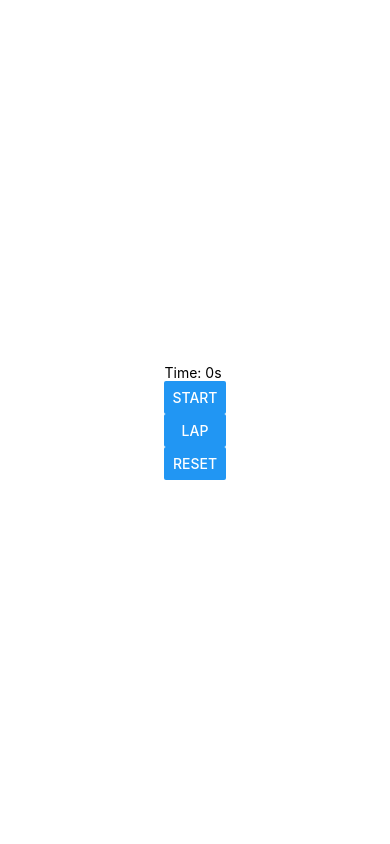
Repository: Shopify/eng-intern-assessment-react-native
Screen: /
An editor plug-in stored every save of this project. The screen is shown before and after a run of saves, followed by the edit.
The app was drawn by React Native's web renderer in a window 390 px wide. The project was rebuilt for these pictures with package versions that can differ from the ones it lists, and the page was loaded fresh each time.

Above is the screen before, as saved 2024-01-13 12:00:10.

After the next 4 saves:
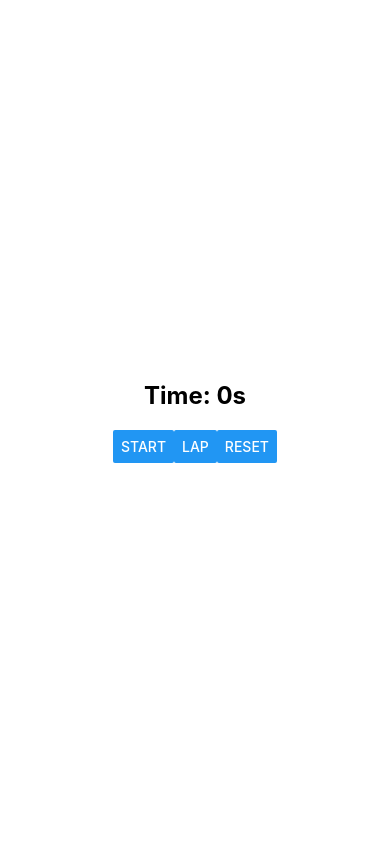
The 4 saves are shown as one change because 2 did not build or start and some came seconds apart.
The last was saved 3 min 2 s later.
--- a/src/StopWatch.tsx
+++ b/src/StopWatch.tsx
@@ -1,5 +1,5 @@
 import React, { useState, useEffect } from 'react';
-import { Text, View } from 'react-native';
+import { Text, View, StyleSheet } from 'react-native';
 import StopWatchButton from './StopWatchButton';
 
 const StopWatch = () => {
@@ -32,16 +32,39 @@ const StopWatch = () => {
   };
 
   return (
-    <View>
-      <Text>{`Time: ${timeElapsed}s`}</Text>
+    <View style={styles.container}>
+      <Text style={styles.timerText}>{`Time: ${timeElapsed}s`}</Text>
       {laps.map((lap, index) => (
-        <Text key={index}>{`Lap ${index + 1}: ${lap}s`}</Text>
+        <Text key={index} style={styles.lapText}>{`Lap ${index + 1}: ${lap}s`}</Text>
       ))}
-      <StopWatchButton title={isRunning ? "Stop" : "Start"} onPress={handleStartStop} />
-      <StopWatchButton title="Lap" onPress={handleLap} />
-      <StopWatchButton title="Reset" onPress={handleReset} />
+      <View style={styles.buttonContainer}>
+        <StopWatchButton title={isRunning ? "Stop" : "Start"} onPress={handleStartStop} />
+        <StopWatchButton title="Lap" onPress={handleLap} />
+        <StopWatchButton title="Reset" onPress={handleReset} />
+      </View>
     </View>
   );
 };
 
+const styles = StyleSheet.create({
+  container: {
+    flex: 1,
+    alignItems: 'center',
+    justifyContent: 'center',
+  },
+  timerText: {
+    fontSize: 24,
+    fontWeight: 'bold',
+  },
+  lapText: {
+    fontSize: 16,
+  },
+  buttonContainer: {
+    flexDirection: 'row', // This will arrange buttons side by side
+    justifyContent: 'space-around',
+    width: '100%', // Adjust as needed
+    marginTop: 20,
+  },
+});
+
 export default StopWatch;
